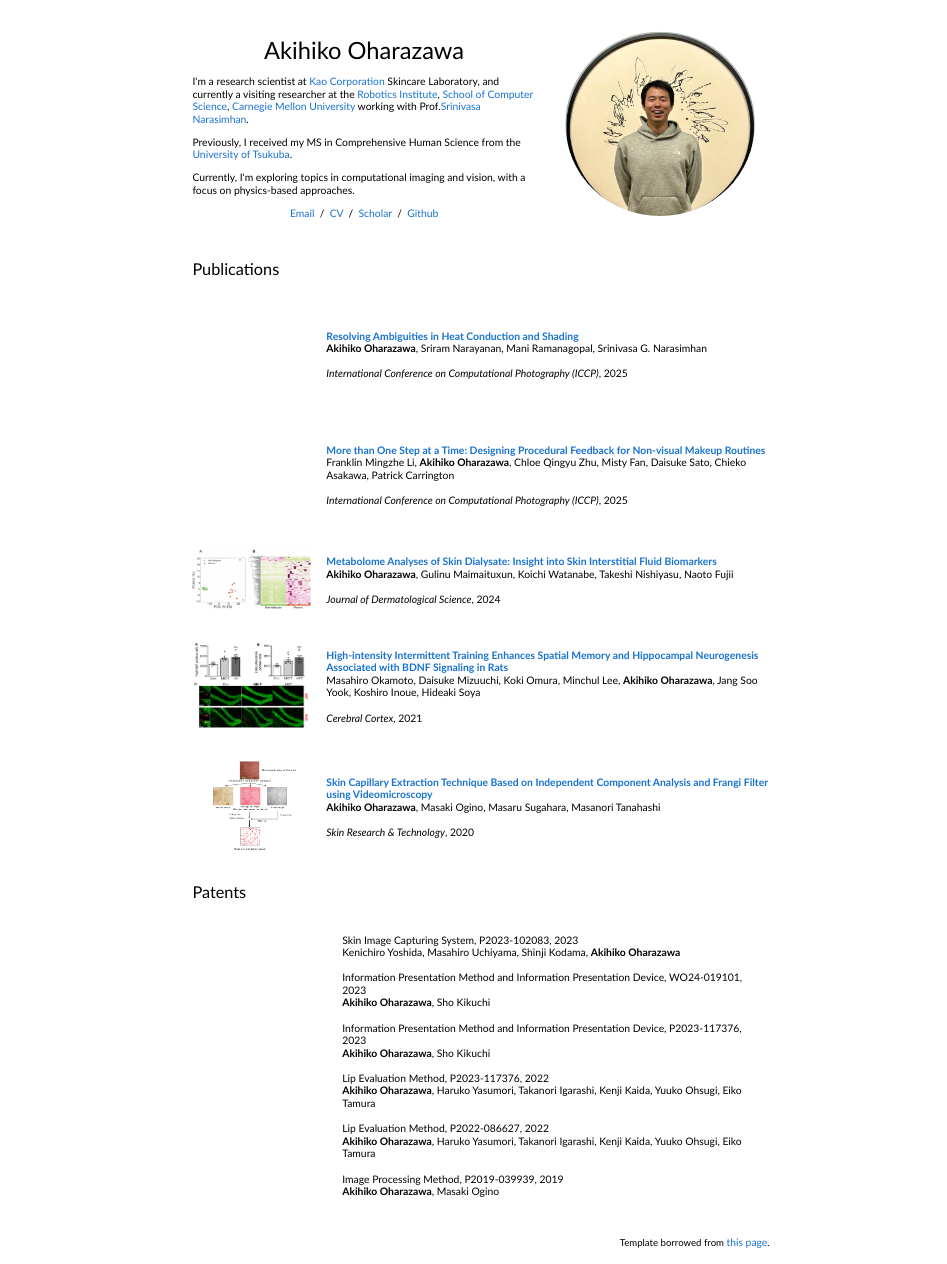
Repository: akihikooharazawa/akihikooharazawa.github.io
Page: index.html
An editor plug-in stored every save of this project. The page is shown before and after a run of saves, followed by the edit.
The browser window is 1280 px wide. The pictures show the whole page, at 74% of full size.
Pictures or frames that could not be fetched are drawn as grey boxes.

Above is the page before, as saved 2025-07-25 11:30:08.

After the next 6 saves:
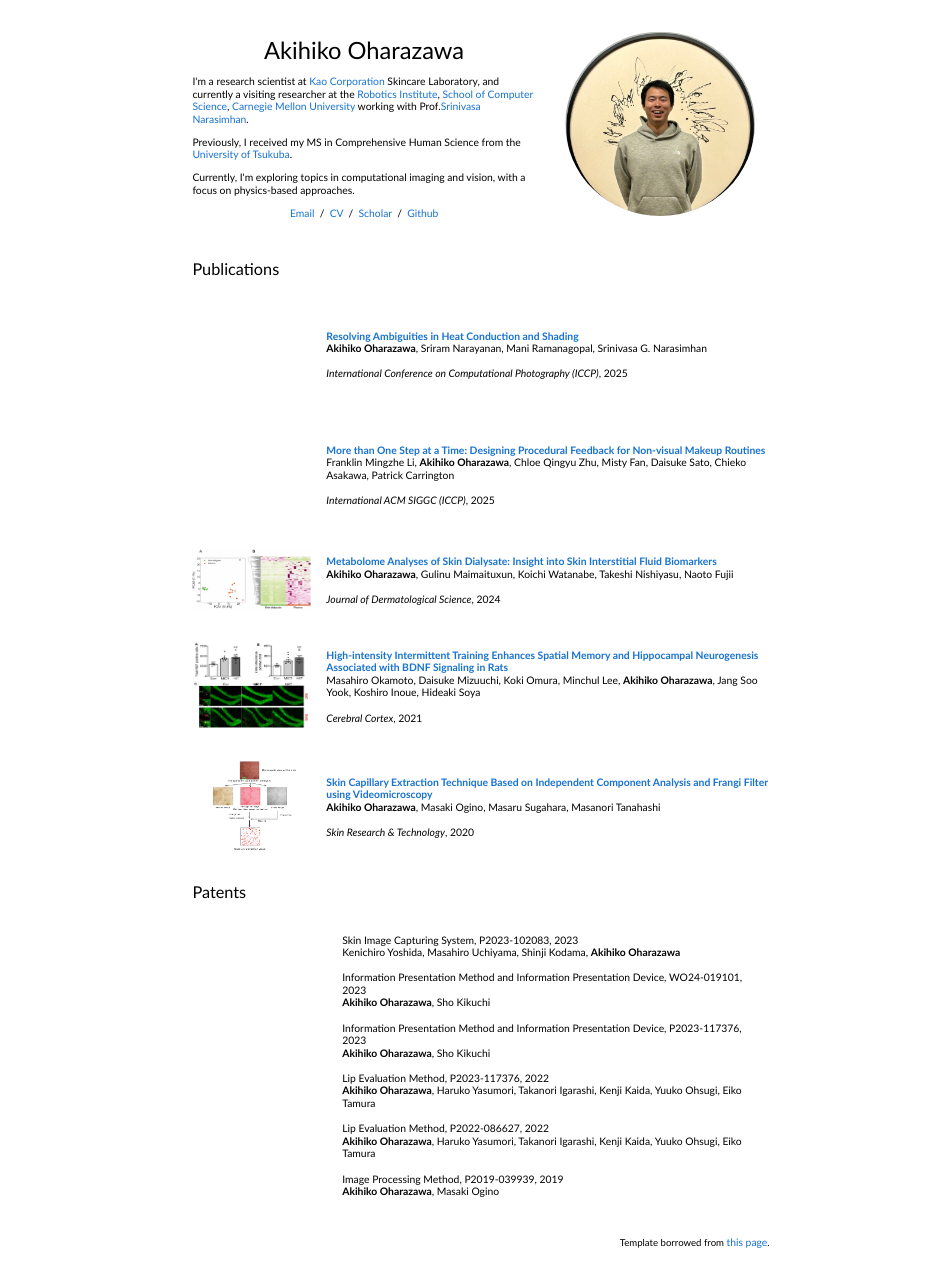
The 6 saves are shown as one change because they came seconds apart.
The last was saved 89 s later.
--- a/index.html
+++ b/index.html
@@ -99,7 +99,7 @@
                 Franklin Mingzhe Li, <strong>Akihiko Oharazawa</strong>, Chloe Qingyu Zhu, Misty Fan, Daisuke Sato, Chieko Asakawa, Patrick Carrington
                 <br>
                 <br>
-                <em>International Conference on Computational Photography (ICCP)</em>, 2025
+                <em>International ACM SIGGC (ICCP)</em>, 2025
                 <br>
               </td>
             </tr>
